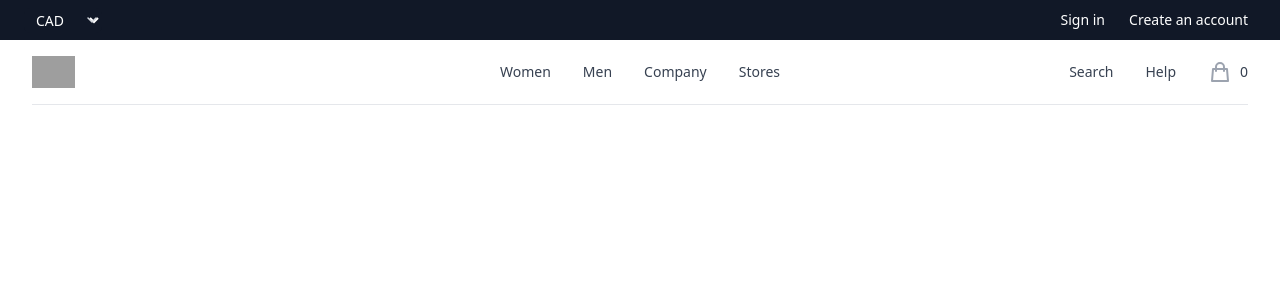
Repository: thasquirrie/animal-farm
Page: /
The author's editor kept a copy of each file at every save. The page is drawn from the files as they stood at one save, then again after the next save.
The browser window is 1280 px wide. The pictures show the whole page.
Pictures or frames that could not be fetched are drawn as grey boxes. The project was rebuilt for these pictures with package versions that can differ from the ones it lists, and the page was loaded fresh each time. The framework's server and built-in components were replaced by stand-ins that run in the browser. Also part of the build but not shown: next.config.js, styles/Home.module.css.

Above is the page before, as saved 2021-10-01 01:19:20.

After the next save:
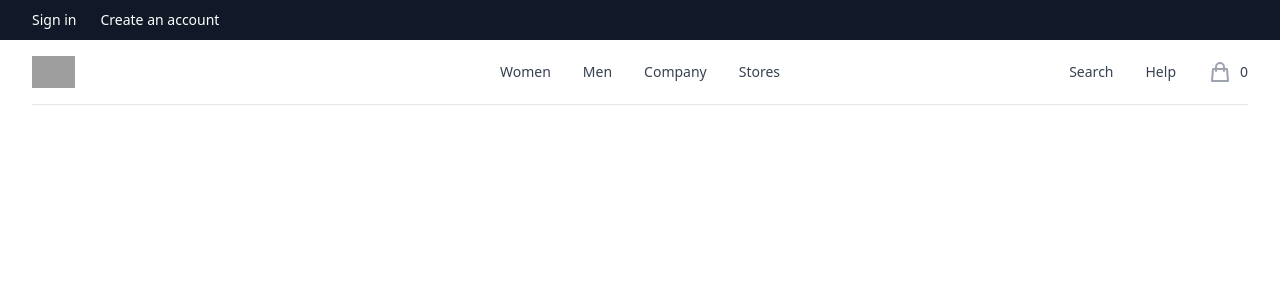
Saved 59 s later.
--- a/components/Header.jsx
+++ b/components/Header.jsx
@@ -300,7 +300,7 @@ export default function Example() {
           <div className='bg-gray-900'>
             <div className='max-w-7xl mx-auto h-10 px-4 flex items-center justify-between sm:px-6 lg:px-8'>
               {/* Currency selector */}
-              <form>
+              {/* <form>
                 <div>
                   <label htmlFor='desktop-currency' className='sr-only'>
                     Currency
@@ -334,7 +334,7 @@ export default function Example() {
                     </div>
                   </div>
                 </div>
-              </form>
+              </form> */}
 
               <div className='flex items-center space-x-6'>
                 <a
